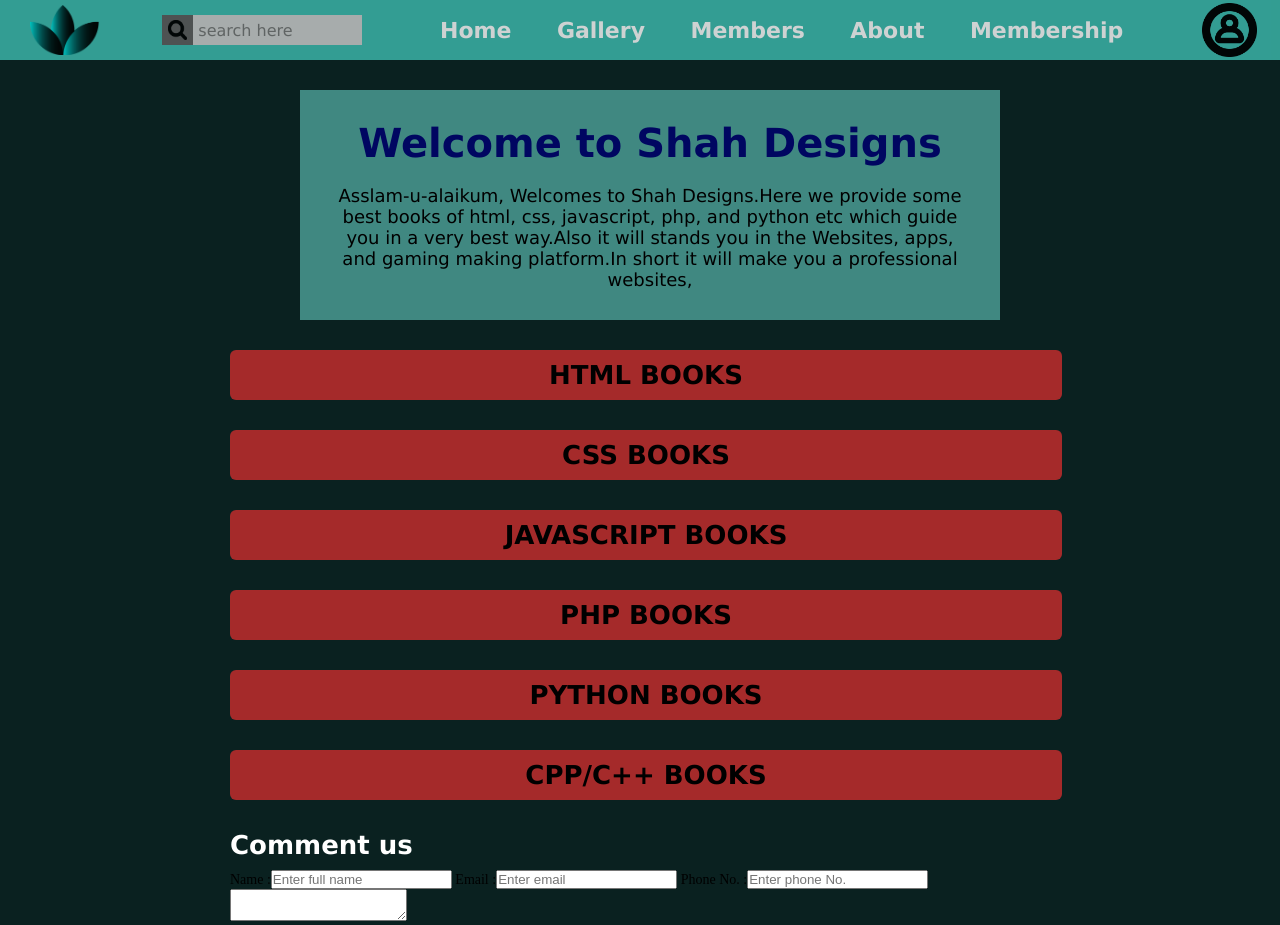
Repository: RawahaMR11/my_assignments
Page: rawaha computer/Shah Designs web/Shah home page.html
An editor plug-in stored every save of this project. The page is shown before and after the next save, followed by the edit.
The browser window is 1280 px wide. The pictures show the whole page.

Above is the page before, as saved 2024-12-13 08:51:28.

After the next save:
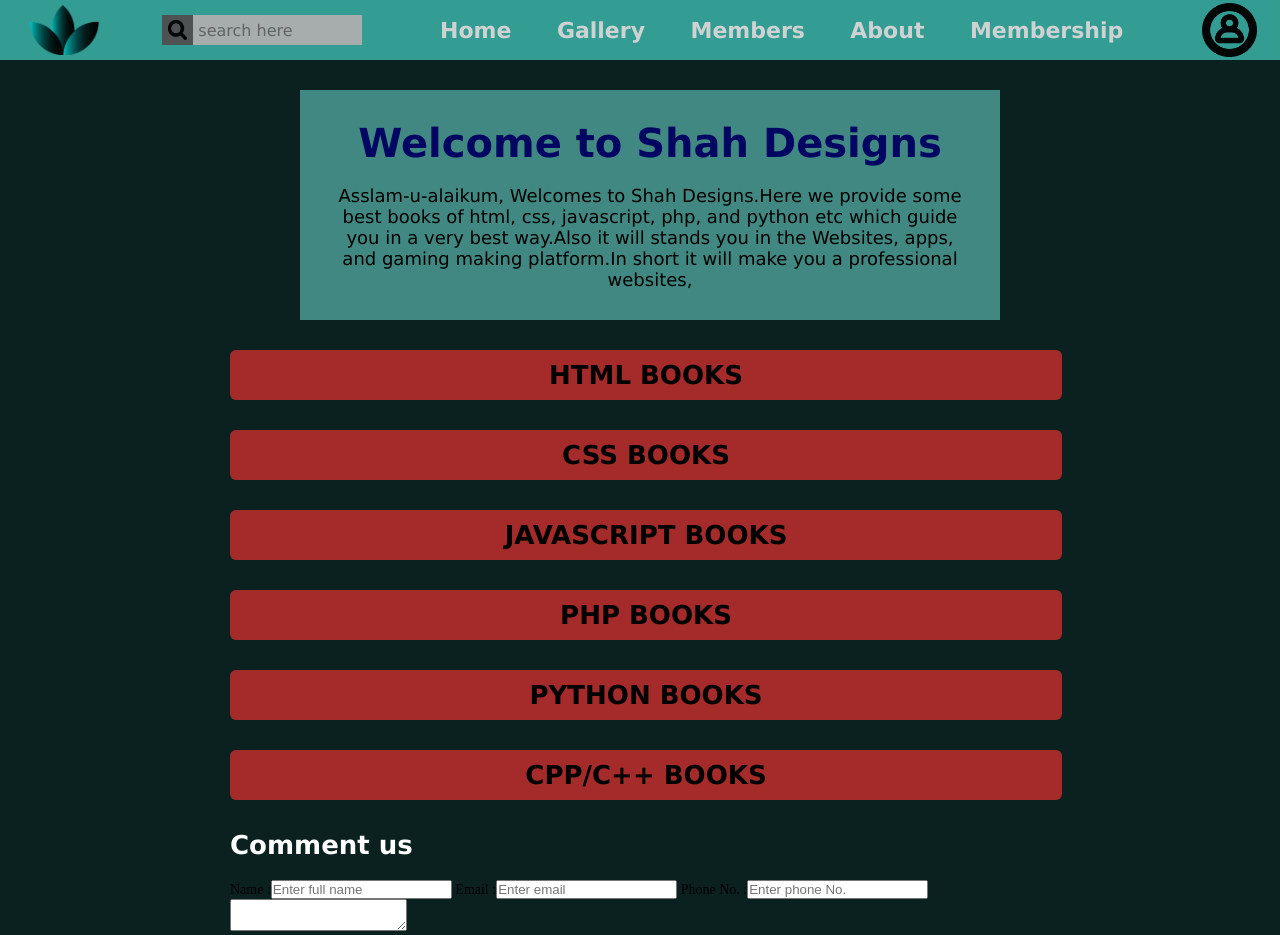
Saved 17 s later.
--- a/rawaha computer/Shah Designs web/Shah home page.css
+++ b/rawaha computer/Shah Designs web/Shah home page.css
@@ -290,8 +290,8 @@ header {
       color: white;
 }
 .comment label {
-      margin-top: 10px;
+      margin-top: 20px;
 }
 .comment input {
-      margin-top: 10px;
-}
+      margin-top: 20px;
+}
